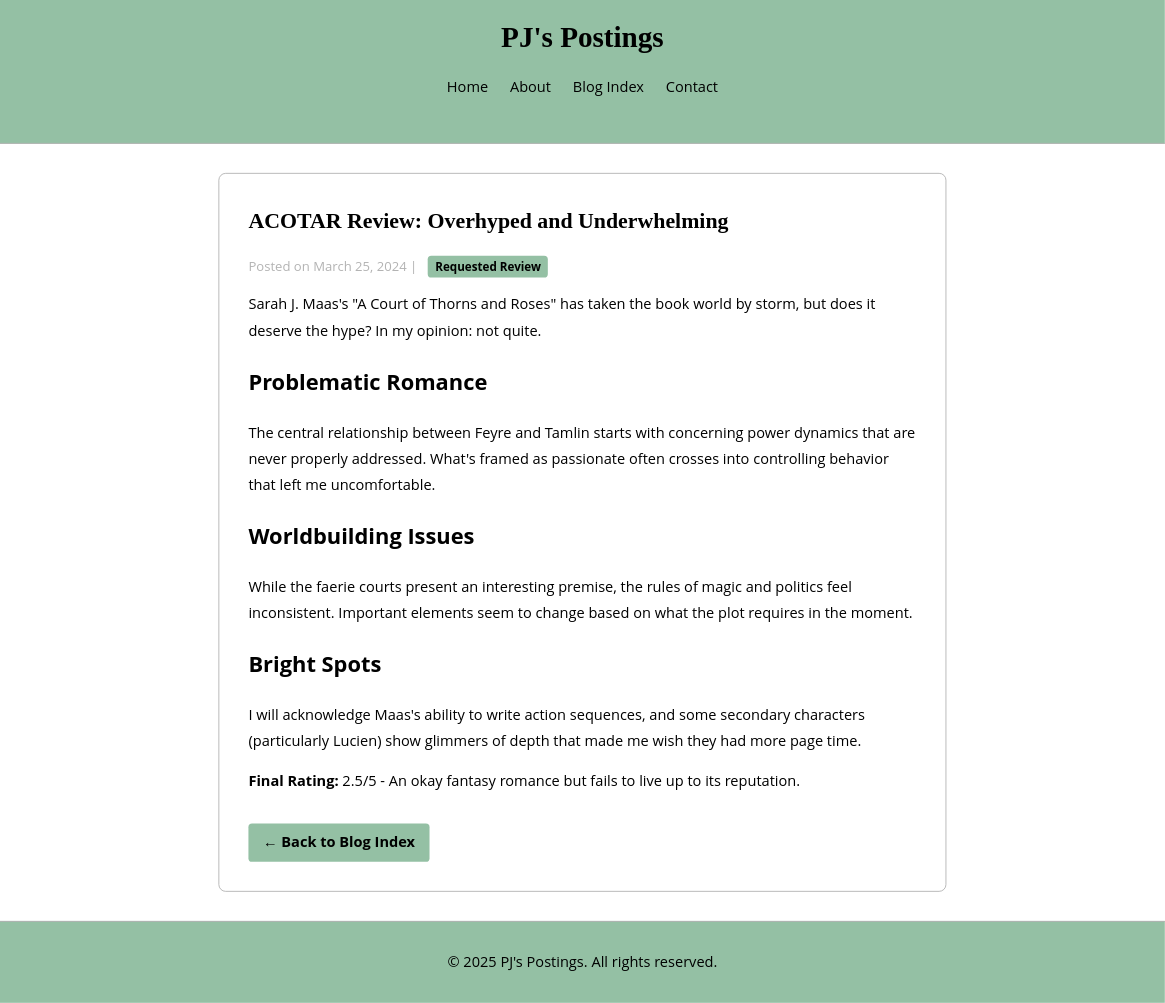
Repository: pjpatrick071/pjpatrick071.github.io
Page: posts/acotar-review.html
An editor plug-in stored every save of this project. The page is shown before and after the next save, followed by the edit.
The browser window is 1280 px wide. The pictures show the whole page, at 91% of full size.

Above is the page before, as saved 2025-04-03 20:08:38.

### posts/acotar-review.html
<!DOCTYPE html>
<html lang="en">
<head>
    <meta charset="UTF-8">
    <meta name="viewport" content="width=device-width, initial-scale=1.0">
    <title>ACOTAR Review | PJ's Postings</title>
    <!-- All the same CSS as snail-trail.html -->
    <style>
        :root {
            --soft-green: #94c0a4;
            --silver: #b3b3b3;
            --black: #000000;
            --white: #ffffff;
        }
        body {
            font-family: 'Open Sans', sans-serif;
            line-height: 1.6;
            margin: 0;
            padding: 0;
            background-color: var(--white);
            color: var(--black);
        }
        header {
            background-color: var(--soft-green);
            padding: 1rem 0;
            text-align: center;
            border-bottom: 1px solid var(--silver);
        }
        .logo {
            font-size: 2rem;
            font-weight: bold;
            margin: 0;
            color: var(--black);
            font-family: 'Playfair Display', serif;
        }
        nav ul {
            padding: 0;
            list-style: none;
            display: flex;
            justify-content: center;
            gap: 1.5rem;
            margin: 1rem 0;
        }
        nav a {
            text-decoration: none;
            color: var(--black);
            font-weight: 500;
            transition: color 0.3s;
        }
        nav a:hover {
            color: var(--silver);
        }
        .container {
            max-width: 800px;
            margin: 2rem auto;
            padding: 0 1rem;
        }
        .blog-post {
            background-color: var(--white);
            border: 1px solid var(--silver);
            border-radius: 8px;
            padding: 2rem;
            margin-bottom: 2rem;
        }
        .post-title {
            color: var(--black);
            margin-top: 0;
            font-family: 'Playfair Display', serif;
        }
        .post-meta {
            color: var(--silver);
            font-size: 0.9rem;
            margin-bottom: 1rem;
        }
        .post-content {
            line-height: 1.8;
            margin-bottom: 2rem;
        }
        .post-content img {
            max-width: 100%;
            height: auto;
            margin: 1rem 0;
            border-radius: 8px;
        }
        .back-to-blog {
            display: inline-block;
            background-color: var(--soft-green);
            color: var(--black);
            padding: 0.5rem 1rem;
            border-radius: 4px;
            text-decoration: none;
            font-weight: bold;
            transition: background-color 0.3s;
        }
        .back-to-blog:hover {
            background-color: #82ad90;
        }
        .social-links {
            display: flex;
            justify-content: center;
            gap: 1rem;
            margin: 1rem 0;
        }
        .social-links a {
            color: var(--black);
            font-size: 1.5rem;
            transition: transform 0.3s;
        }
        .social-links a:hover {
            transform: scale(1.2);
        }
        footer {
            background-color: var(--soft-green);
            text-align: center;
            padding: 1rem 0;
            border-top: 1px solid var(--silver);
            margin-top: 2rem;
        }
        .requested-badge {
            background-color: var(--soft-green);
            color: var(--black);
            padding: 0.2rem 0.5rem;
            border-radius: 4px;
            font-size: 0.8rem;
            margin-left: 0.5rem;
            font-weight: bold;
        }
    </style>
</head>
<body>
    <header>
        <h1 class="logo">PJ's Postings</h1>
        <nav>
            <ul>
                <li><a href="../index.html">Home</a></li>
                <li><a href="../about.html">About</a></li>
                <li><a href="../blog.html">Blog Index</a></li>
                <li><a href="../con">Contact</a></li>
            </ul>
        </nav>
        <div class="social-links">
            <a href="https://www.tiktok.com/@p.j.patrick" target="_blank" rel="noopener noreferrer"><i class="fab fa-tiktok"></i></a>
            <a href="#" target="_blank" rel="noopener noreferrer"><i class="fab fa-instagram"></i></a>
        </div>
    </header>

    <div class="container">
        <article class="blog-post">
            <h1 class="post-title">ACOTAR Review: Overhyped and Underwhelming</h1>
            <p class="post-meta">Posted on March 25, 2024 | <span class="requested-badge">Requested Review</span></p>

            <div class="post-content">
                <p>Sarah J. Maas's "A Court of Thorns and Roses" has taken the book world by storm, but does it deserve the hype? In my opinion: not quite.</p>

                <h2>Problematic Romance</h2>
                <p>The central relationship between Feyre and Tamlin starts with concerning power dynamics that are never properly addressed. What's framed as passionate often crosses into controlling behavior that left me uncomfortable.</p>

                <h2>Worldbuilding Issues</h2>
                <p>While the faerie courts present an interesting premise, the rules of magic and politics feel inconsistent. Important elements seem to change based on what the plot requires in the moment.</p>

                <h2>Bright Spots</h2>
                <p>I will acknowledge Maas's ability to write action sequences, and some secondary characters (particularly Lucien) show glimmers of depth that made me wish they had more page time.</p>

                <p><strong>Final Rating:</strong> 2.5/5 - An okay fantasy romance but fails to live up to its reputation.</p>
            </div>

            <a href="../blog.html" class="back-to-blog">&larr; Back to Blog Index</a>
        </article>
    </div>

    <footer>
        <p>&copy; <script>document.write(new Date().getFullYear());</script> PJ's Postings. All rights reserved.</p>
    </footer>
</body>
</html>

After the next save:
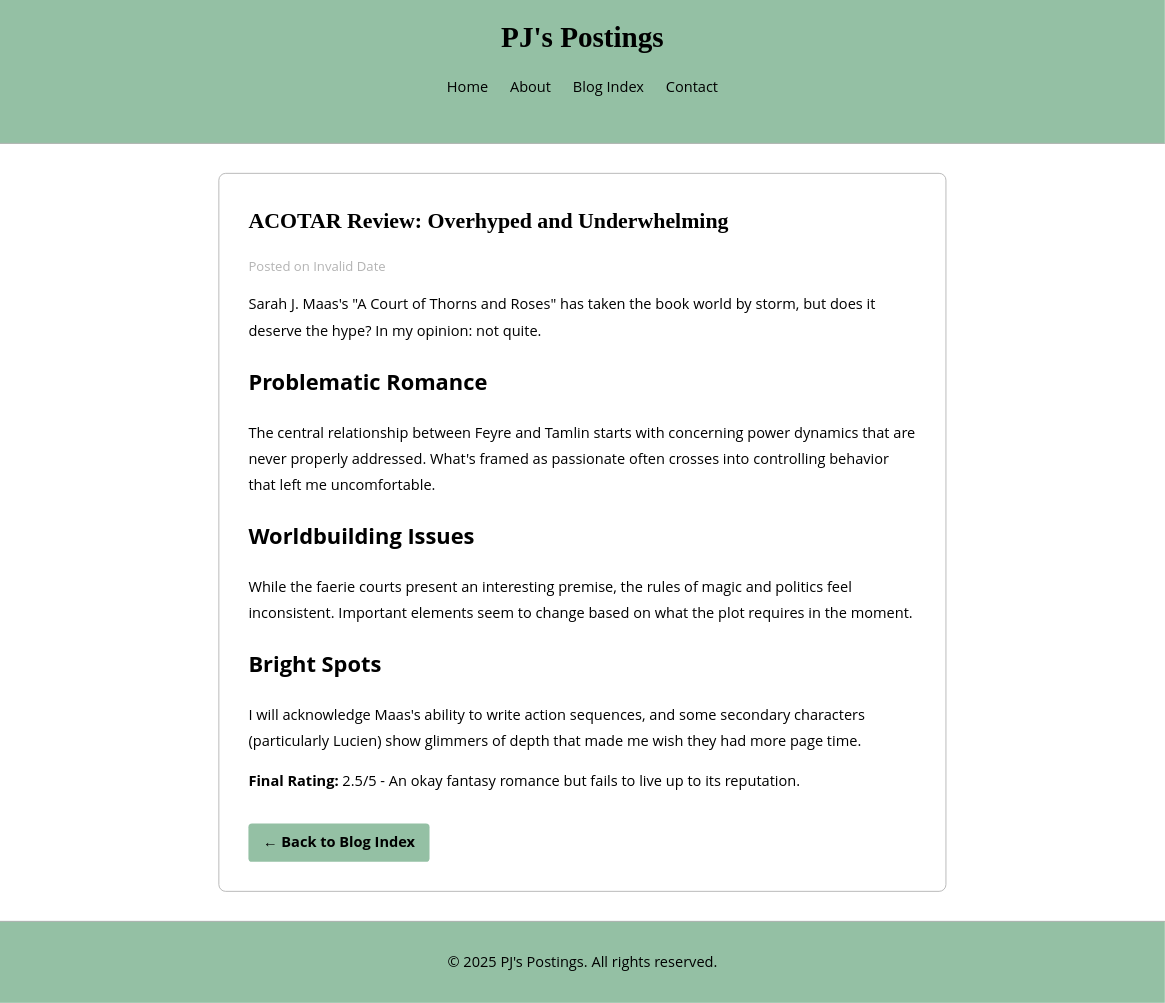
Saved 12 s later.
--- a/posts/acotar-review.html
+++ b/posts/acotar-review.html
@@ -147,8 +147,20 @@
     <div class="container">
         <article class="blog-post">
             <h1 class="post-title">ACOTAR Review: Overhyped and Underwhelming</h1>
-            <p class="post-meta">Posted on March 25, 2024 | <span class="requested-badge">Requested Review</span></p>
+            <p class="post-meta"><!-- Date will be inserted by JavaScript --></p>
 
+            <script>
+                document.addEventListener('DOMContentLoaded', function() {
+                    // SET THIS DATE to match your homepage's posts array (YYYY-MM-DD format)
+                    const postDate = "[YYYY-MM-DD]";
+                    const dateElement = document.querySelector('.post-meta');
+                    if (dateElement) {
+                        dateElement.textContent = "Posted on " +
+                            new Date(postDate).toLocaleDateString('en-US',
+                            { year: 'numeric', month: 'long', day: 'numeric' });
+                    }
+                });
+            </script>
             <div class="post-content">
                 <p>Sarah J. Maas's "A Court of Thorns and Roses" has taken the book world by storm, but does it deserve the hype? In my opinion: not quite.</p>
 
